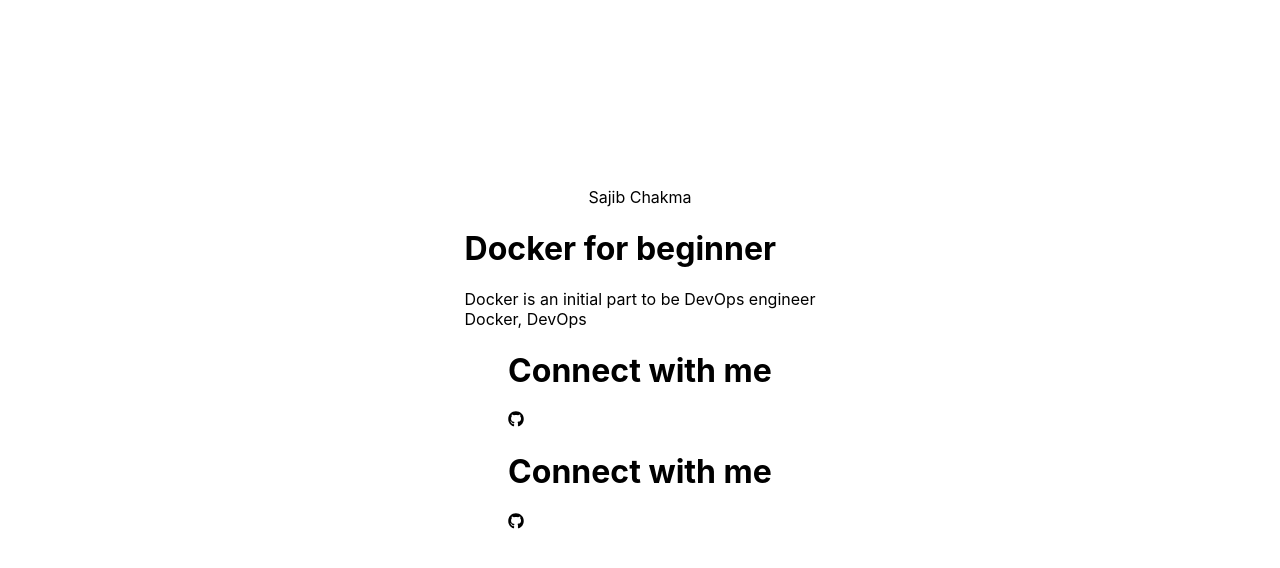
Repository: ChakmaSajib/sajibchakma
Page: /
An editor plug-in stored every save of this project. The page is shown before and after the next save, followed by the edit.
The browser window is 1280 px wide. The pictures show the whole page.
The project was rebuilt for these pictures with package versions that can differ from the ones it lists, and the page was loaded fresh each time. The framework's server and built-in components were replaced by stand-ins that run in the browser. Also part of the build but not shown: next.config.js.

Above is the page before, as saved 2022-08-28 21:55:14.

After the next save:
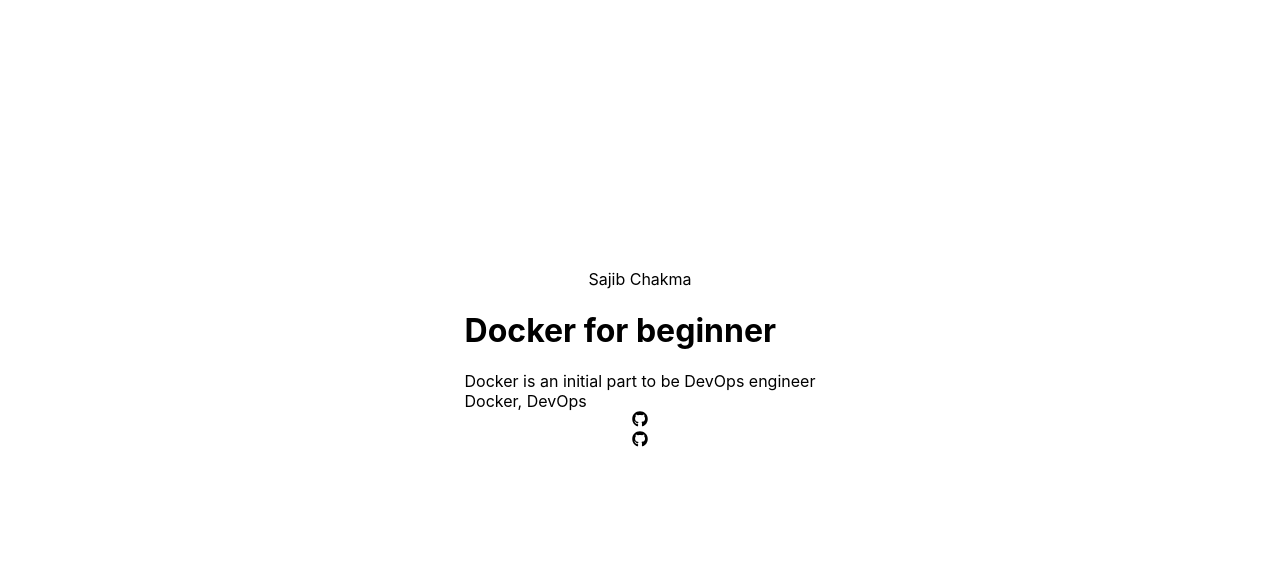
Saved 19 s later.
--- a/components/Contact.tsx
+++ b/components/Contact.tsx
@@ -11,7 +11,6 @@
 
 const Contact = ({ title, mediumName, link, iconComponent } : AppProps ) : JSX.Element => (
     <div>
-        <h1>{title}</h1>
         <Link href={link}>
         {iconComponent}
         </Link>
